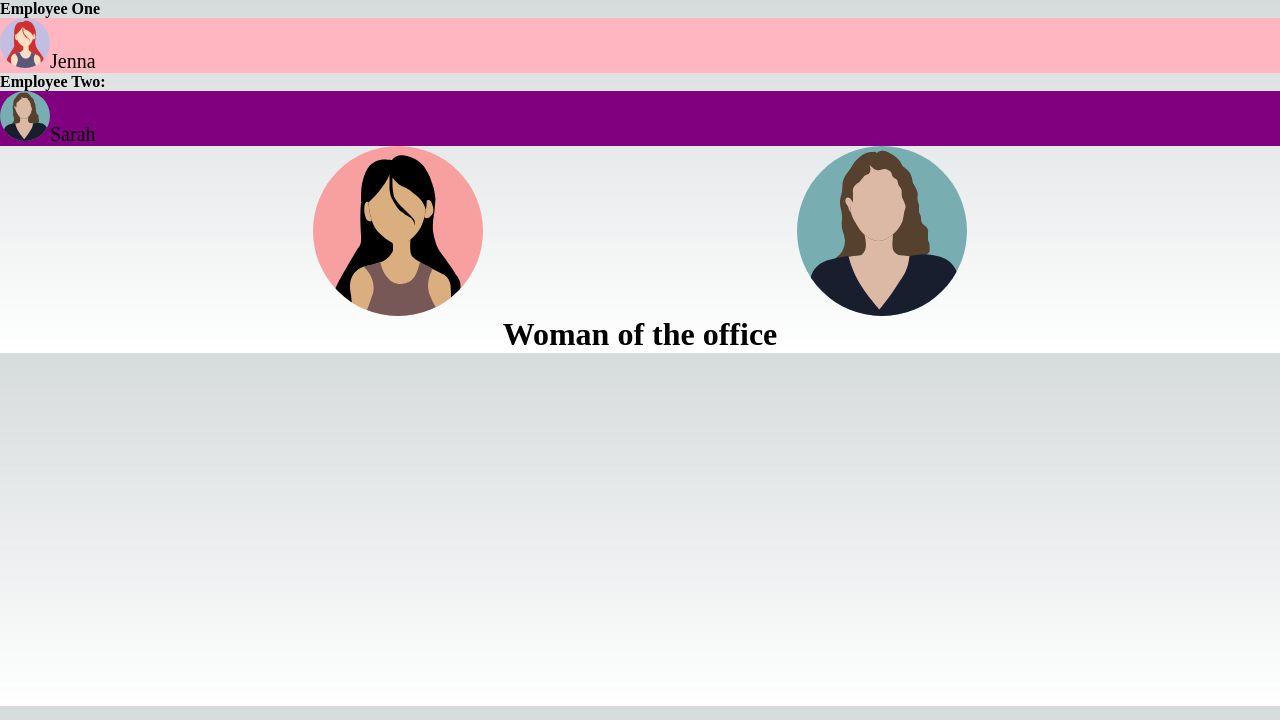
Repository: bguemos/week3example
Page: /About
An editor plug-in stored every save of this project. The page is shown before and after the next save, followed by the edit.
The browser window is 1280 px wide. The pictures show the whole page.
The project was rebuilt for these pictures with package versions that can differ from the ones it lists, and the page was loaded fresh each time. The framework's server and built-in components were replaced by stand-ins that run in the browser. Also part of the build but not shown: next.config.js.

Above is the page before, as saved 2023-01-23 08:47:38.

After the next save:
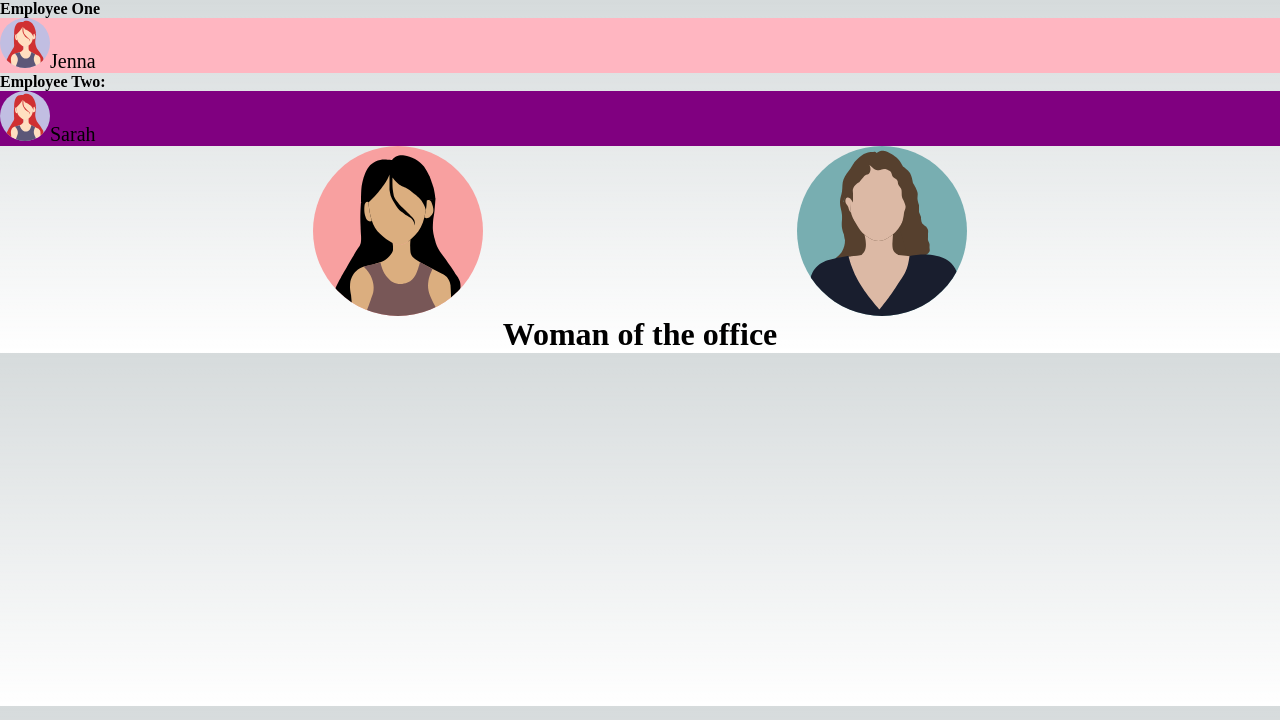
Saved 85 s later.
--- a/components/CardEmployee/index.js
+++ b/components/CardEmployee/index.js
@@ -7,8 +7,8 @@
     return(
         <div style={{backgroundColor: colour, fontSize:font}}>
          {
-            colour === "lightPink?" ? <img src={'assets/Guy1.svg'} width="50"/> :
-            colour === "purple" ? <img src={'assets/Woman2.svg'} width="50"/>:
+            colour === "lightPink?" ? <img src={'assets/Woman5.svg'} width="50"/> :
+            colour === "purple" ? <img src={'assets/Womanred.svg'} width="50"/>:
                                   <img src={image} width="50" />
          }
         {employeeName}

After the 2 saves that followed:
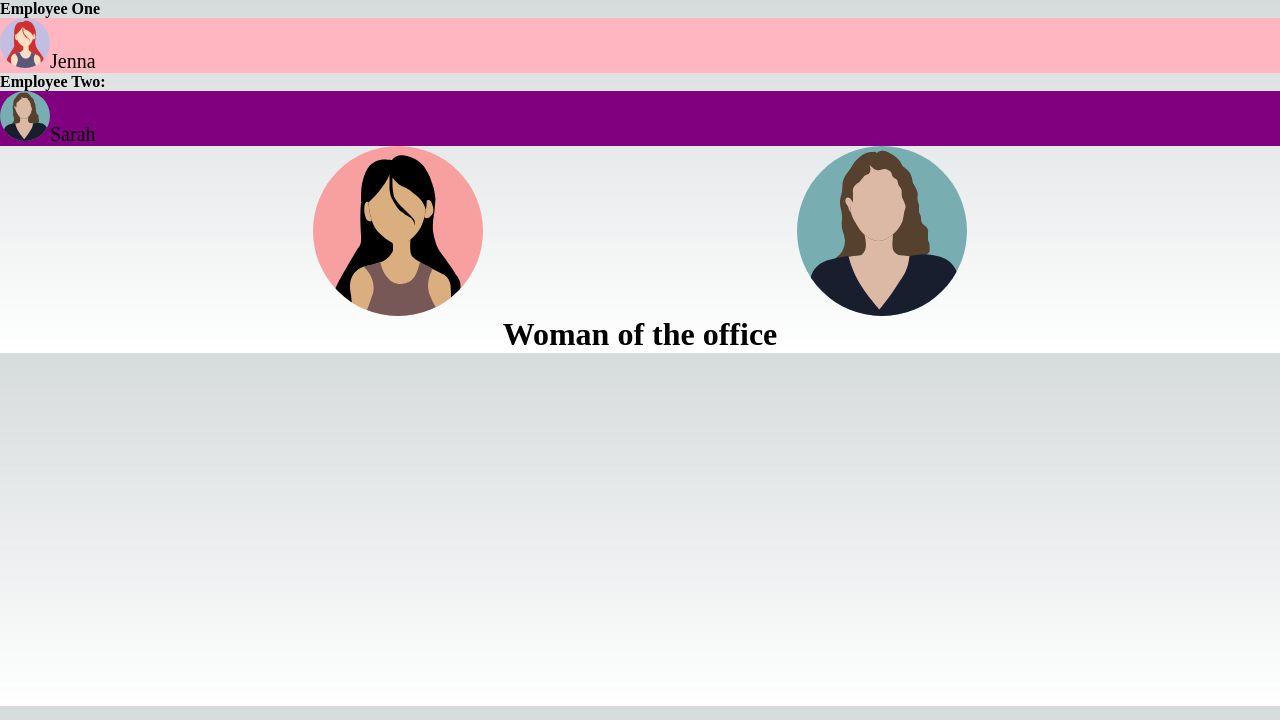
The 2 saves are shown as one change because 1 left the picture as it was.
The last was saved 21 s later.
--- a/components/CardEmployee/index.js
+++ b/components/CardEmployee/index.js
@@ -7,8 +7,8 @@
     return(
         <div style={{backgroundColor: colour, fontSize:font}}>
          {
-            colour === "lightPink?" ? <img src={'assets/Woman5.svg'} width="50"/> :
-            colour === "purple" ? <img src={'assets/Womanred.svg'} width="50"/>:
+            colour === "lightPink?" ? <img src={'/assets/Woman5.svg'} width="50"/> :
+            colour === "purple" ? <img src={'/assets/Woman2.svg'} width="50"/>:
                                   <img src={image} width="50" />
          }
         {employeeName}
